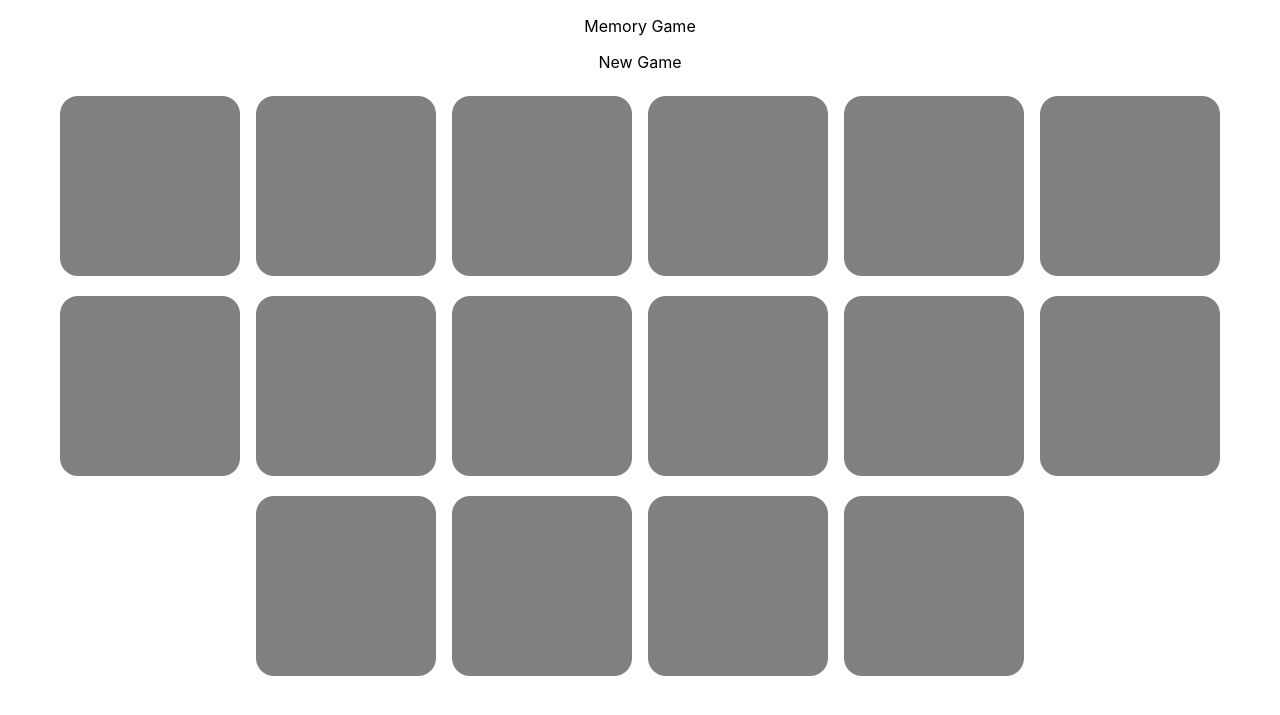
Repository: sokafootball/memory_game
Page: /
These files come from the project's save history. The page is drawn as it stood at one moment and after the next save; the edit follows.
The browser window is 1280 px wide. The pictures show the whole page.
The project was rebuilt for these pictures with package versions that can differ from the ones it lists, and the page was loaded fresh each time. Also part of the build but not shown: src/Game.js, src/Navbar.css.

Above is the page before, as saved 2019-01-21 10:49:54.

### src/App.js
import React, { Component } from 'react';
import './App.css';
import {Game} from './Game'
import {Navbar} from './Navbar'

class App extends Component {
  constructor(props) {
    super(props)
    this.state = {
      cards: [
        {id: 0, color: 'red', status: 'hidden'},
        {id: 1, color: 'red', status: 'hidden'},
        {id: 2, color: 'blue', status: 'hidden'},
        {id: 3, color: 'blue', status: 'hidden'},
        {id: 4, color: 'yellow', status: 'hidden'},
        {id: 5, color: 'yellow', status: 'hidden'},
        {id: 6, color: 'black', status: 'hidden'},
        {id: 7, color: 'black', status: 'hidden'},
        {id: 8, color: 'pink', status: 'hidden'},
        {id: 9, color: 'pink', status: 'hidden'},
        {id: 10, color: 'green', status: 'hidden'},
        {id: 11, color: 'green', status: 'hidden'},
        {id: 12, color: 'orange', status: 'hidden'},
        {id: 13, color: 'orange', status: 'hidden'},
        {id: 14, color: 'purple', status: 'hidden'},
        {id: 15, color: 'purple', status: 'hidden'}
      ],
      showingCards: 0
    }
    this.handleCardClick = this.handleCardClick.bind(this)
    this.countShowingCards = this.countShowingCards.bind(this)
    this.showCard = this.showCard.bind(this)
    this.compareCards = this.compareCards.bind(this)
  }

  countShowingCards = () => {
    console.log('countShowingCards called')
    let showingCards = 0
    this.state.cards.forEach(card => {if(card.status === 'showing')showingCards++})
    this.setState({showingCards}, () => {
      console.log(this.state.showingCards)
      if(this.state.showingCards === 2){
        this.compareCards()
      }
    })
  }

  showCard = (clickedCard, id) => {
    console.log('showCard called')
    if(clickedCard.status === 'hidden' && this.state.showingCards < 2){
      clickedCard.status = 'showing'
      let newCards = this.state.cards.slice()
      newCards = newCards.map(card => (card.id === id ? clickedCard : card))
      this.setState({cards: newCards}, this.countShowingCards)
      }
    }

  handleCardClick = (id) => {
    console.log('button clicked')
    const clickedCard = this.state.cards.filter((card) => card.id === id)[0]
    this.showCard(clickedCard, id)
  }

  compareCards = () => {
    console.log('compareCards called')
    let comparedCards = this.state.cards.filter((card) => card.status === 'showing')
    const isMatch = comparedCards[0].color === comparedCards[1].color
    comparedCards.forEach(card => {isMatch ? card.status = 'matched' : card.status = 'hidden'})
    let newCards = this.state.cards.slice()
    newCards = newCards.map(newCard => {
      if(comparedCards.some(card => card.id === newCard.id)){
        isMatch ? newCard.status = 'matched' : newCard.status = 'hidden'
      }
      return newCard
    })
    this.setState({newCards, showingCards:0})
  }

    //if there is another showing card
        //if they match
          //change their status to matched
          //if all cards match
            //game is won
        //if they do not match
          //change their status to hidden
  render() {
    return (
      <div className="App">
        <Navbar />
        <Game cards={this.state.cards} handleCardClick={this.handleCardClick}/>
      </div>
    );
  }
}





export default App;

### src/Navbar.js
import React, {Component} from 'react'
import './Navbar.css'

class Navbar extends Component{

  render () {
    return (
      <div className='mainBar'>
        <p>Memory Game</p>
        <p>New Game</p>
      </div>
    )
  }
}

export {Navbar}

### src/Card.js
import React from 'react'
import PropTypes from 'prop-types'
import './Card.css'

const Card = (props) => {

if(props.status !== 'hidden'){
  var style = {
    backgroundColor: props.color
  }
}

  return (
    <div className="card" style={style}></div>
  )
}

Card.defaultProps = {
  color: 'grey'
}

Card.propTypes = {
  color: PropTypes.string
}

export {Card}

### src/Card.css
.card {
  margin: 8px;
  width: 180px;
  height: 180px;
  display: inline-block;
  background: grey;
  border-radius: 10%;
}

Loaded but not shown: public/index.html (common file); src/index.js (common file); src/index.css (common file); src/serviceWorker.js (common file); src/App.css (common file)

After the next save:
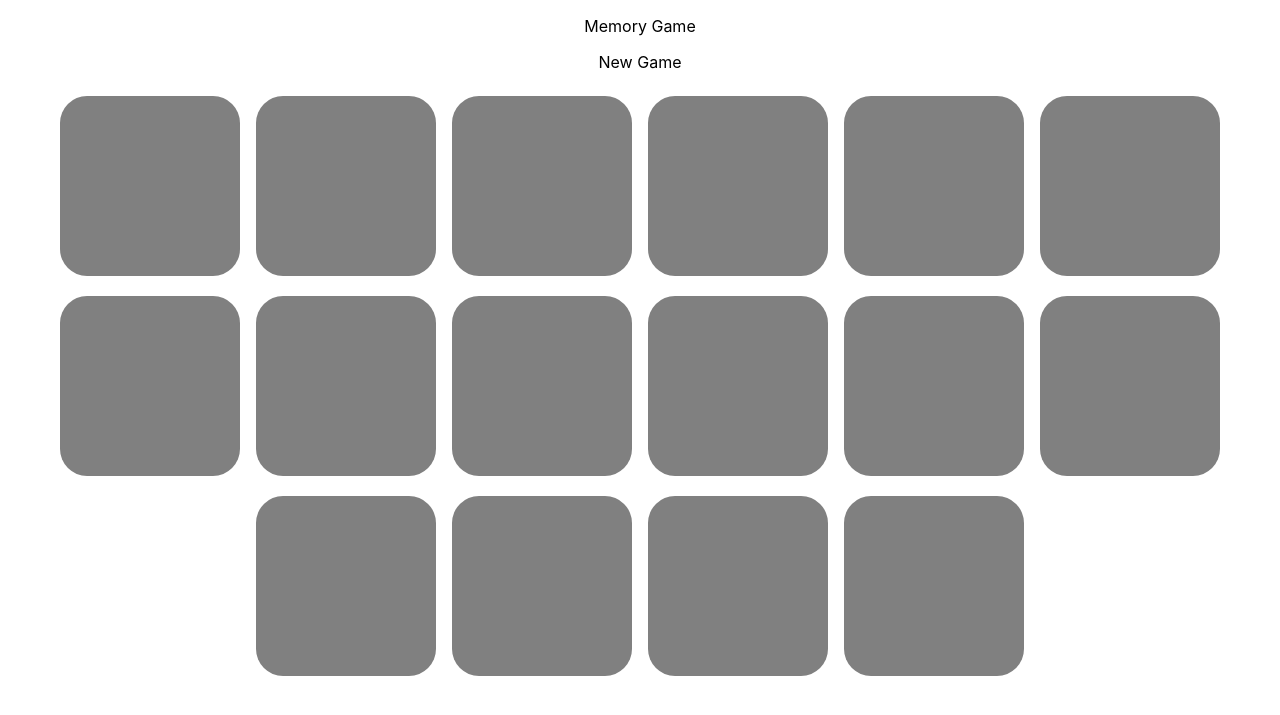
Saved 7 s later.
--- a/src/Card.css
+++ b/src/Card.css
@@ -4,5 +4,5 @@
   height: 180px;
   display: inline-block;
   background: grey;
-  border-radius: 10%;
+  border-radius: 15%;
 }
